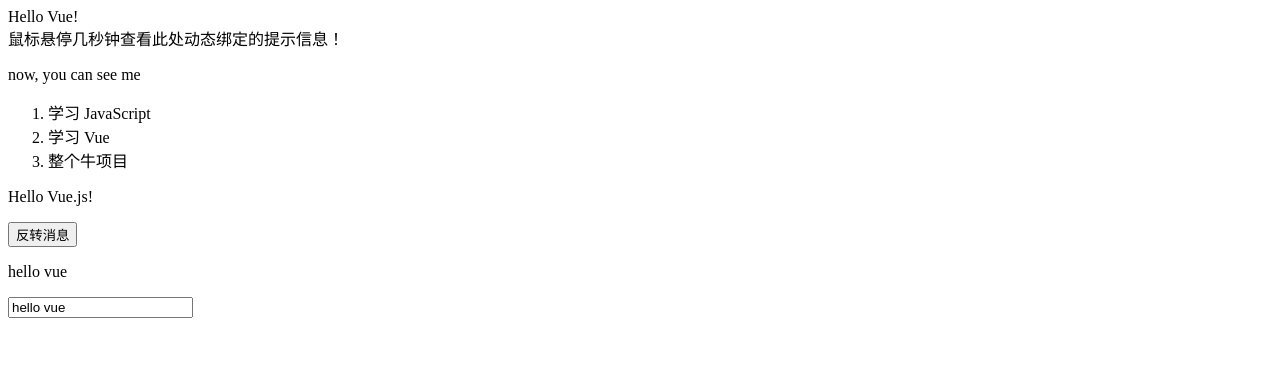
Repository: AlanPeng97/vue2.x-learning
Page: intro/coreBaisc/index.html
The author's editor kept a copy of each file at every save. The page is drawn from the files as they stood at one save, then again after the next save.
The browser window is 1280 px wide. The pictures show the whole page.
Some web libraries are served in a nearby version.

Above is the page before, as saved 2024-01-26 17:11:02.

After the next save:
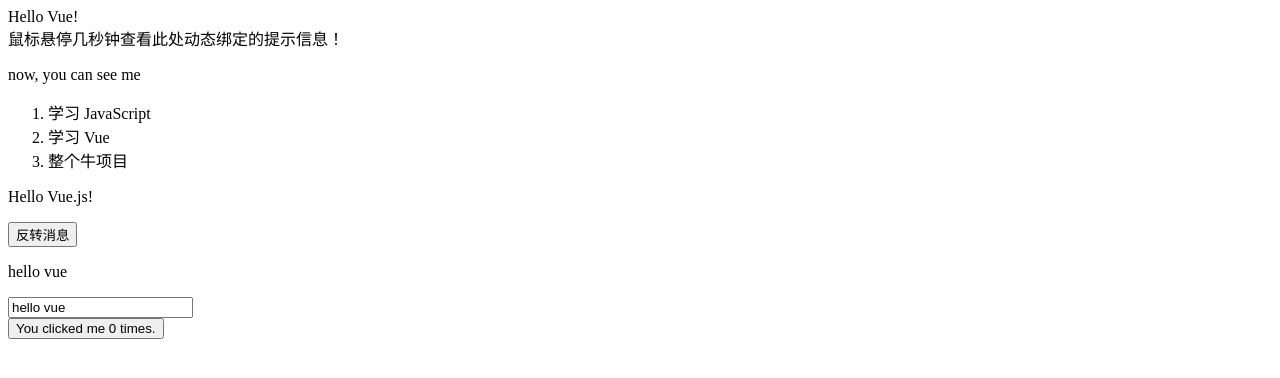
Saved 76 s later.
--- a/intro/coreBaisc/index.html
+++ b/intro/coreBaisc/index.html
@@ -46,7 +46,10 @@
       <input v-model="message" />
     </div>
 
-    <button-counter></button-counter>
+    <div id="app-7">
+      <button-counter></button-counter>
+    </div>
+
     <script type="text/javascript">
       var app = new Vue({
         el: "#app",
@@ -108,6 +111,11 @@
         template:
           "<button v-on:click='count++'>You clicked me {{count}} times.</button>",
       });
+
+      var vm = new Vue({
+        el: "#app-7",
+        data: {},
+      });
     </script>
   </body>
 </html>
